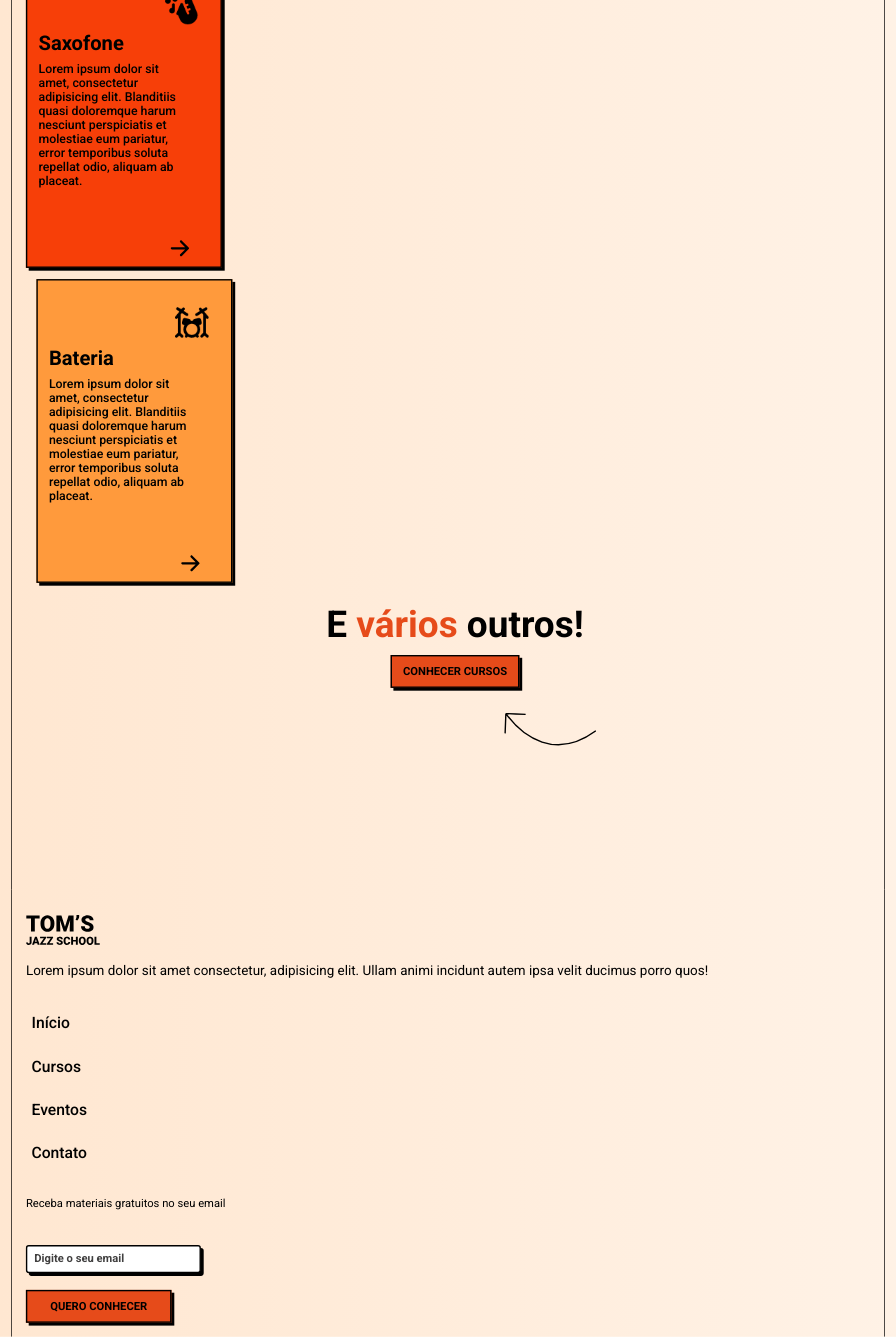
Repository: guilhermecardoso93/obebitecode
Page: index.html
An editor plug-in stored every save of this project. The page is shown before and after the next save, followed by the edit.
The browser window is 1280 px wide. The pictures show the part of the page from y = 2444 to 4364 px (the page is 4354 px tall before and 4364 px after), at 70% of full size.

Above is the page before, as saved 2023-08-16 20:50:55.

### index.html
<!DOCTYPE html>
<html lang="pt-BR">
  <head>
    <meta charset="UTF-8" />
    <meta name="viewport" content="width=device-width, initial-scale=1.0" />
    <link rel="preconnect" href="https://fonts.googleapis.com" />
    <link rel="preconnect" href="https://fonts.gstatic.com" crossorigin />
    <link
      href="https://fonts.googleapis.com/css2?family=Roboto:wght@400;500;700&display=swap"
      rel="stylesheet" />
    <link rel="stylesheet" href="css/style.css" />
    <title>Tom's Jazz School</title>
  </head>
  <body>
    <header>
      <img src="./assets/logo.svg" alt="Logo da Tom's Jazz School" />
      <nav class="mt-1 mx-auto">
        <a href="/"><span>Início</span></a>
        <a href="/"><span>Cursos</span></a>
        <a href="/"><span>Eventos</span></a>
        <a href="/"><span>Contato</span></a>
      </nav>
      <a href="/" class="subscribeButton subscribeButton mt-1 mx-auto mb-1">Se Inscreva</a>
    </header>

    <main>
      <section class="hero-section">
        <img src="./assets/hero-img.svg" alt="Banda de Jazz Tocando" />
        <div>
          <h1 class="mt-2">
            Crie algo <span class="text-primary decoration">impactante</span> com música
          </h1>
          <p class="mt-2 mb-2"></p>
            Lorem ipsum dolor sit amet, consectetur adipisicing elit. Blanditiis
            quasi doloremque harum nesciunt perspiciatis et molestiae eum
            pariatur, error temporibus soluta repellat odio, aliquam ab placeat.
          </p>
          <a href="/" class="subscribeButton mt-1 mx-auto">Comece Agora</a>
        </div>
      </section>
      <section class="hero-section">
        <div class="cards">
          <article class="card">
            <img src="./assets/piano.png" alt="ícone de tecla de piano" />
            <h3>Piano Popular</h3>
            <p>
              Lorem ipsum dolor sit amet, consectetur adipisicing elit.
              Blanditiis quasi doloremque harum nesciunt perspiciatis et
              molestiae eum pariatur, error temporibus soluta repellat odio,
              aliquam ab placeat.
            </p>
            <a href="#">
              <img
                src="./assets/arrow-right.svg"
                alt="svg de seta para direita" />
            </a>
          </article>
          <article class="card">
            <img src="./assets/clef.png" alt="Icone de clave de sol" />
            <h3>Teoria Musical</h3>
            <p>
              Lorem ipsum dolor sit amet, consectetur adipisicing elit.
              Blanditiis quasi doloremque harum nesciunt perspiciatis et
              molestiae eum pariatur, error temporibus soluta repellat odio,
              aliquam ab placeat.
            </p>
            <a href="#">
              <img
                src="./assets/arrow-right.svg"
                alt="svg de seta para direita" />
            </a>
          </article>
          <article class="card">
            <img src="./assets/sax.png" alt="Icone de saxofone" />
            <h3>Saxofone</h3>
            <p>
              Lorem ipsum dolor sit amet, consectetur adipisicing elit.
              Blanditiis quasi doloremque harum nesciunt perspiciatis et
              molestiae eum pariatur, error temporibus soluta repellat odio,
              aliquam ab placeat.
            </p>
            <a href="#">
              <img
                src="./assets/arrow-right.svg"
                alt="svg de seta para direita" />
            </a>
          </article>
          <article class="card">
            <img src="./assets/drums.png" alt="Ícone de bateria" />
            <h3>Bateria</h3>
            <p>
              Lorem ipsum dolor sit amet, consectetur adipisicing elit.
              Blanditiis quasi doloremque harum nesciunt perspiciatis et
              molestiae eum pariatur, error temporibus soluta repellat odio,
              aliquam ab placeat.
            </p>
            <a href="#">
              <img
                src="./assets/arrow-right.svg"
                alt="svg de seta para direita" />
            </a>
          </article>
        </div>
        <div class="rodape-article">
          <h1 class=> E <span>vários</span> outros!</h1>
          <a href="/" class="subscribeButton btn-courses">conhecer cursos</a>
        </div>
      </section>
    </main>
    <footer id="contato">
      <div>
        <img src="./assets/logo.svg" alt="Banda de Jazz Tocando" class="mt-1"/>
        <p>Lorem ipsum dolor sit amet consectetur, adipisicing elit. Ullam animi incidunt autem ipsa velit ducimus porro quos!</p>
      </div>
        <nav class="footer-menu">
            <a href="#inicio">Início</a>
            <a href="#cursos">Cursos</a>
            <a href="#eventos">Eventos</a>
            <a href="#contato">Contato</a>
          </nav>
            <label for="email" class="mb-1">Receba materiais gratuitos no seu email</label>
            <form action="/">
              <input type="email" placeholder="Digite o seu email">
              <a href="/" class="subscribeButton btn-footer">quero conhecer</a>
            </form>
    </footer>
  </body>
</html>

### css/style.css
@import url("./basics.css");
@import url("./header.css");
@import url("./main.css");
@import url("./footer.css");

### css/basics.css
* {
  margin: 0;
  padding: 0;
  box-sizing: border-box;
  font-family: "Roboto", sans-serif;
}

:root {
  --color-primary: #ed4d1b;
  --color-secondary: #ff9a3c;
  --color-black: #000;
  --color-white: #fff;
}

body {
  background: linear-gradient(90deg, #ffe7d1 0%, #fff2e6 100%);
  padding: 0 1rem;
}

body,
html {
  overflow-x: hidden !important;
}

a {
  text-decoration: none;
  cursor: pointer;
}

.mt-1 {
  margin-top: 1rem;
}

.mt-2 {
  margin-top: 2rem;
}

.mb-1 {
  margin-bottom: 1rem;
}

.mb-2 {
  margin-bottom: 2rem;
}

.mx-auto {
  margin-left: auto;
  margin-right: auto;
}

.text-primary {
  color: var(--color-primary);
}

.text-center {
  text-align: center;
}

header,
.hero-section,
.courses-section,
footer {
  border-color: --color-black;
  border-style: solid;
  border-width: 0 1px;
  padding: 20px;
}

.subscribeButton {
  border: 2px solid #000;
  box-shadow: 4px 4px 0 #000;
  font-weight: 600;
  display: block;
  background: #e64b1a;
  text-transform: uppercase;
  font-size: 1.25rem;
  padding: 0.75rem 1rem;
  max-width: 17rem;
  position: relative;
  color: var(--color-black);
  text-align: center;
}

.subscribeButton:hover {
  border: 2px solid #e64b1a;
  box-shadow: 4px 4px 0 #e64b1a;
  font-weight: 600;
  display: block;
  color: #e64b1a;
  text-transform: uppercase;
  font-size: 1.25rem;
  padding: 0.75rem 1rem;
  max-width: 17rem;
  position: relative;
  background: var(--color-black);
  text-align: center;
}

span {
  margin: 0;
}

### css/header.css
header img {
  display: block;
  margin: 1rem auto;
}

header nav {
  display: grid;
  grid-template-columns: 1fr 1fr;
  margin-bottom: 1rem;
}

nav a {
  color: var(--color-black);
  font-size: 1.25rem;
  padding: 0.5rem;
  text-decoration: none;
  text-weight: bold;
}

nav a span:hover {
  border-bottom: 3px solid #000;
}

header nav a:nth-child(2n-1) {
  text-align: right;
}

### css/main.css
.hero-section {
  padding-right: 0;
  padding-bottom: 16rem;
}

.hero-section img {
  display: block;
  margin: 1.25rem 0 0 auto;
  max-width: 100%;
}

h1 {
  font-size: 3.3rem;
  line-height: 105%;
  font-weight: 700;
}

h2 {
  font-size: 2.5rem;
}

.hero-section p {
  font-size: 1.25rem;
  padding-right: 1.25rem;
}

.hero-section .subscribeButton {
  position: relative;
}

.hero-section .subscribeButton::after {
  content: "";
  background: url("../assets/arrow-curve.svg") no-repeat;
  display: block;
  content: "";
  width: 100%;
  height: 50px;
  position: absolute;
  top: 5rem;
  left: 10rem;
}

.decoration {
  display: block;
  color: #e64b1a;
  position: relative;
}

.decoration::after {
  content: "";
  background: url("../assets/three-dashes.svg");
  position: absolute;
  top: -1rem;
  height: 36px;
  width: 40px;
}

.courses-section {
  display: grid;
  justify-content: center;
  gap: 20px;
  margin-top: -5rem;
  border-top: none;
}

.card {
  background: #f73f08;
  display: grid;
  justify-content: center;
  align-items: center;
  padding: 1rem 2rem 0 1rem;
  margin-bottom: 1rem;
  max-width: 17.5rem;
  gap: 10px;
  box-shadow: 4px 4px 0 #000;
  border: 2px solid #000;

}


.card h3 {
  font-size: 1.8rem;
  font-weight: 600;
}

.card p {
  font-size: 1.1rem;
  font-weight: 500;
  margin-bottom: 30px;
}

.card a {
  margin-left: 11rem;
}

.card:nth-child(2n) {
  margin-left: 0.935rem;
  background: #ff9a3c;
}



.rodape-article {
  display: flex;
  flex-direction: column;
  align-items: center;
  gap: 15px;
  font-weight: 900;
  font-size: 2.5rem;
  margin: 2rem 0;
}

.rodape-article span {
  color: #e64b1a;
}

.btn-courses{
    max-width: 13rem;
    font-size: 1rem;
}

.btn-courses:hover {
  max-width: 13rem;
  font-size: 1rem;
}

### css/footer.css
footer {
  display: grid;
  gap: 10px;
}
footer h1 {
  font-size: 1.5rem;
  text-transform: uppercase;
  font-weight: 900;
}

footer span {
  font-size: 3rem;
}

footer p {
  margin-top: 20px;
  font-size: 1.2rem;
}

.footer-menu {
  display: flex;
  flex-direction: column;
  gap: 20px;
  margin: 2rem 0;
}

.footer-menu a {
  font-size: 1.4rem;
  font-weight: 500;
}
footer h4 {
  font-size: 1.6rem;
  line-height: 1;
}
footer input {
  border-radius: 4px;
  padding: 0 10px;
  margin: 1.5rem 0;
  width: 250px;
  height: 40px;
  border: 2px solid #000;
  box-shadow: 4px 4px 0 #000;
}
footer input::placeholder {
  color: #414040;
  font-size: 1rem;
  font-weight: 900;
}

.btn-footer {
  font-size: 1rem;
  max-width: 13rem;
}

.btn-footer:hover {
  font-size: 1rem;
  max-width: 13rem;
}

After the next save:
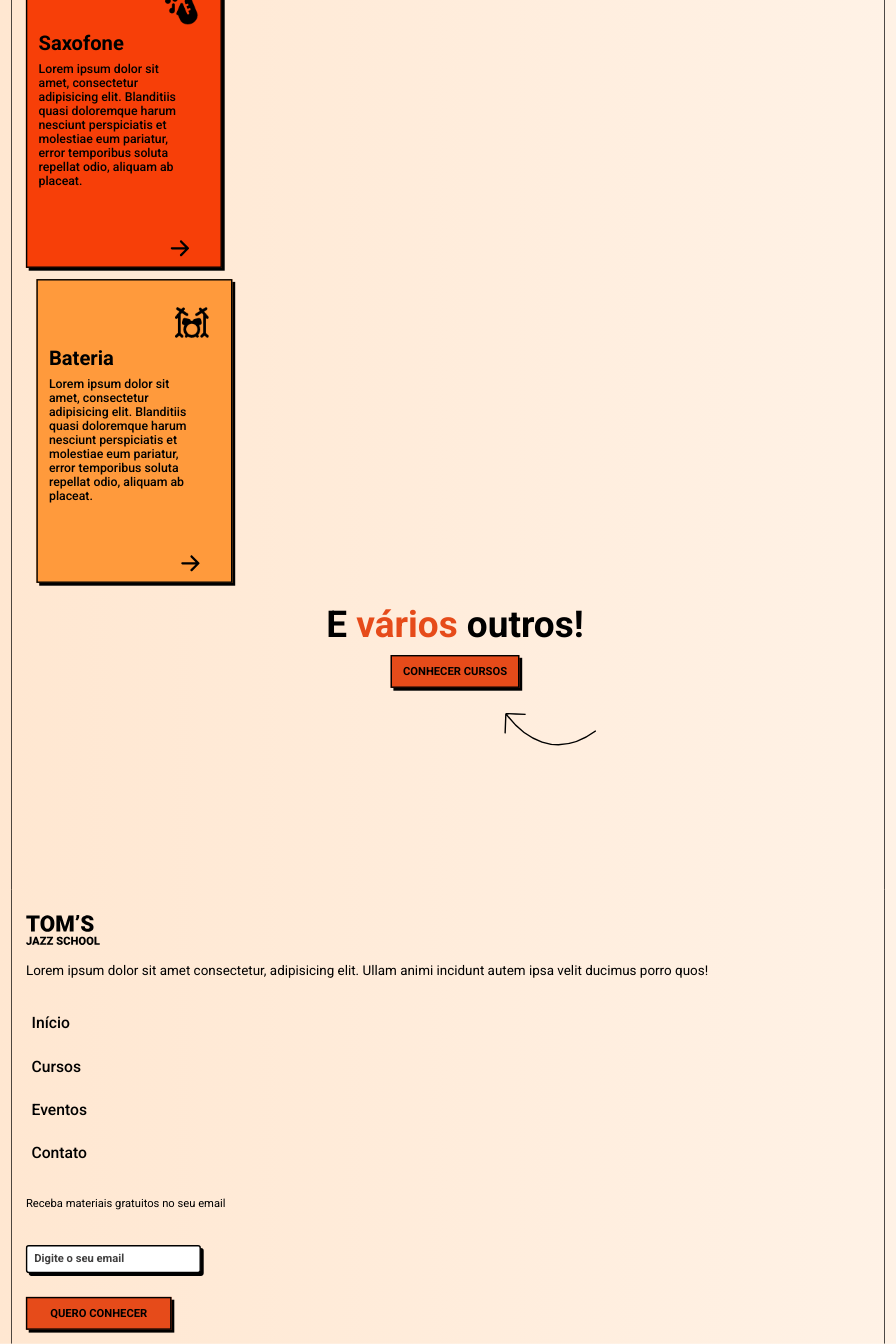
Saved 15 s later.
--- a/index.html
+++ b/index.html
@@ -119,10 +119,8 @@
             <a href="#contato">Contato</a>
           </nav>
             <label for="email" class="mb-1">Receba materiais gratuitos no seu email</label>
-            <form action="/">
-              <input type="email" placeholder="Digite o seu email">
-              <a href="/" class="subscribeButton btn-footer">quero conhecer</a>
-            </form>
+            <input type="email" placeholder="Digite o seu email">
+            <a href="/" class="subscribeButton btn-footer">quero conhecer</a>
     </footer>
   </body>
 </html>
